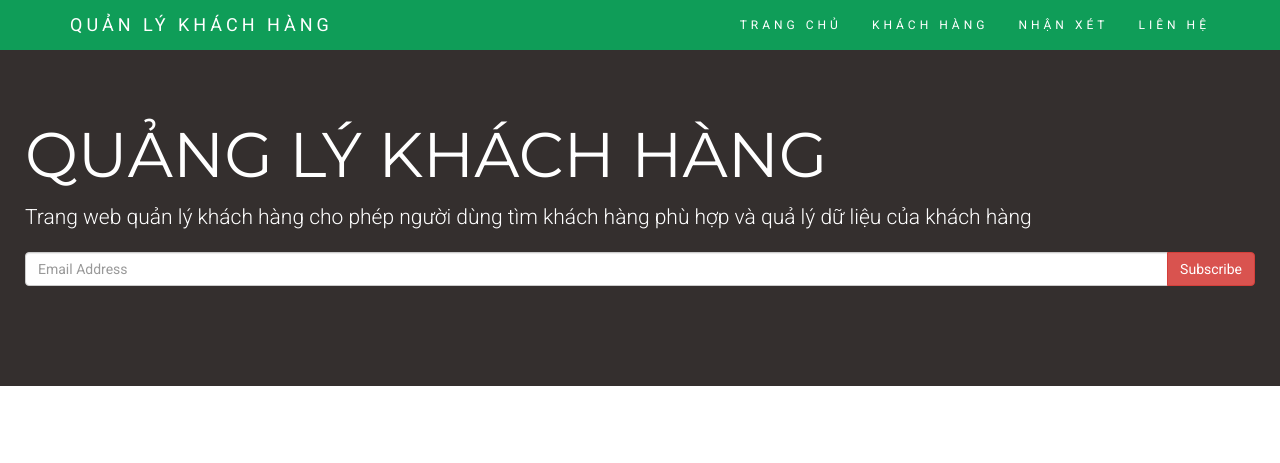
Repository: huutien1904/bt2-ltw
Page: index.html
The author's editor kept a copy of each file at every save. The page is drawn from the files as they stood at one save, then again after the next save.
The browser window is 1280 px wide. The pictures show the whole page.

Above is the page before, as saved 2021-11-03 16:17:49.

After the next save:
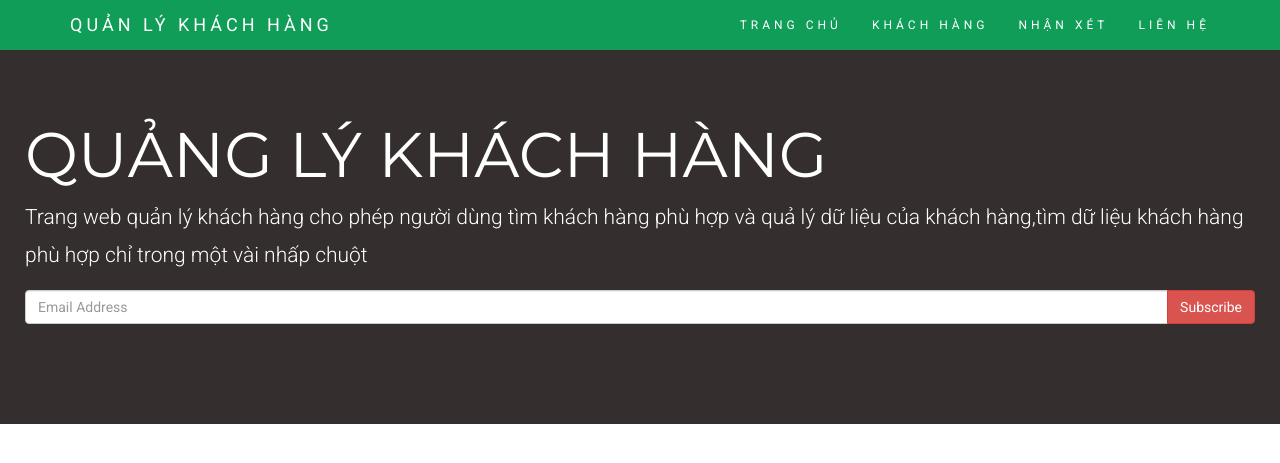
Saved 3 min 30 s later.
--- a/index.html
+++ b/index.html
@@ -44,7 +44,7 @@
   <!--  -->
     <div class="jumbotron text-left">
       <h1>QUẢNG LÝ KHÁCH HÀNG</h1>
-      <p>Trang web quản lý khách hàng cho phép người dùng tìm khách hàng phù hợp và quả lý dữ liệu của khách hàng </p>
+      <p>Trang web quản lý khách hàng cho phép người dùng tìm khách hàng phù hợp và quả lý dữ liệu của khách hàng,tìm dữ liệu khách hàng phù hợp chỉ trong một vài nhấp chuột </p>
       <form>
         <div class="input-group">
           <input type="email" class="form-control" size="50" placeholder="Email Address" required>
